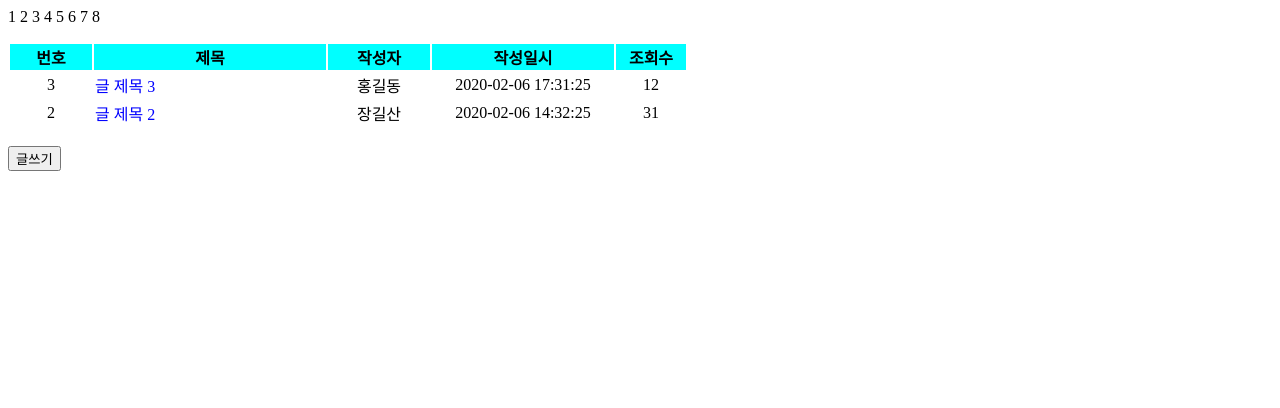
Repository: kdh2212/KDT_code
Page: http://localhost/20250807Web/boardList.jsp
The author's editor kept a copy of each file at every save. The page is drawn from the files as they stood at one save, then again after the next save.
The browser window is 1280 px wide. The pictures show the whole page.
The page is served by Tomcat 9. The database holds what the project's SQL file puts in it.

Above is the page before, as saved 2025-08-07 06:17:55.

After the next save:
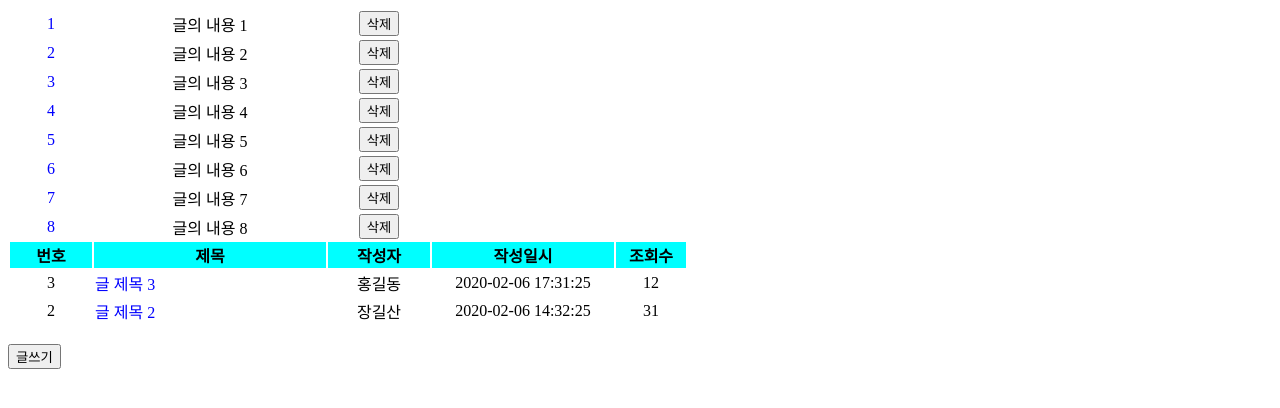
Saved 91 s later.
--- a/20250807Web/src/main/webapp/boardList.jsp
+++ b/20250807Web/src/main/webapp/boardList.jsp
@@ -32,11 +32,15 @@ try {
     stmt = conn.createStatement();
     rs = stmt.executeQuery("SELECT * FROM board");
     while (rs.next()) {
-        out.println(rs.getString("num"));
+    	String num = rs.getString("num");
+
 
 %>
 <tr>
 
+		<td><a href="updForm.jsp?num=<%=num%>"><%=num %></a></td>
+    	<td><%=rs.getString("content") %></td>
+    	<td><button type="button" onclick="location.href='delete.jsp?num=<%=num %>'">삭제</button></td>
 </tr>
 <%
     }
